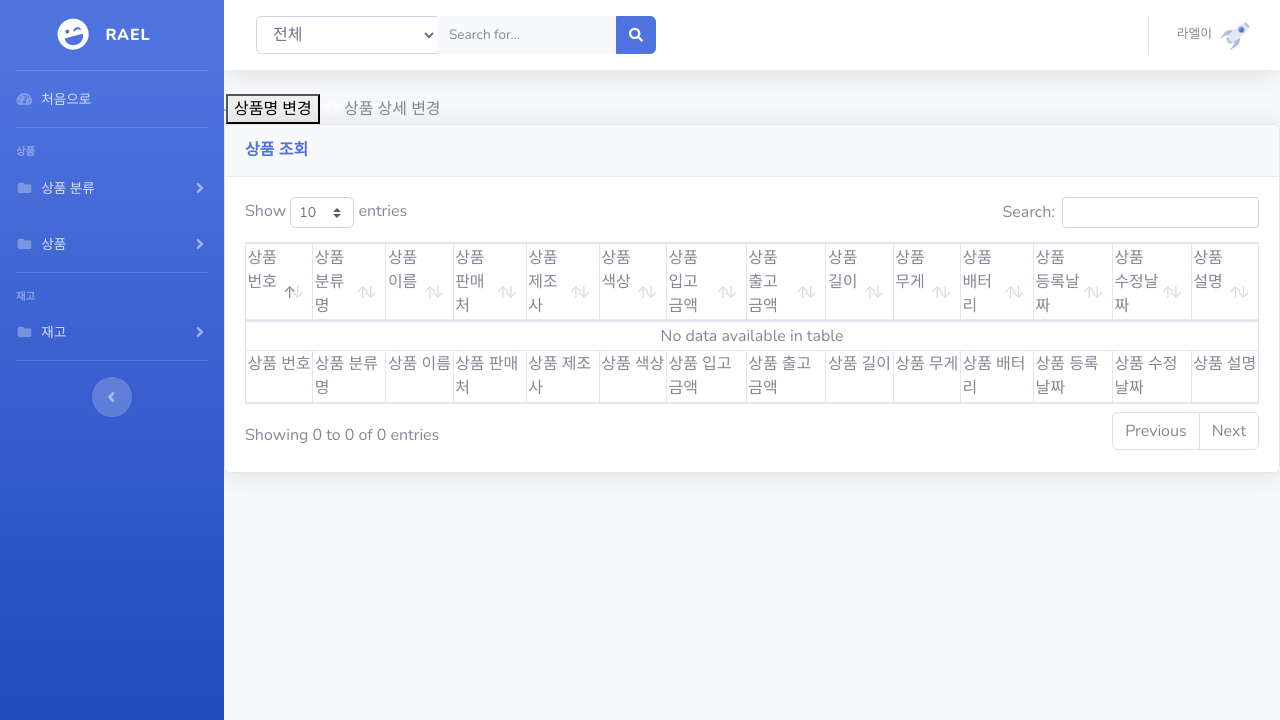
Repository: sww232/springRaelProject
Page: http://localhost/rael/WEB-INF/views/product/product_update_detail.jsp
An editor plug-in stored every save of this project. The page is shown before and after the next save, followed by the edit.
The browser window is 1280 px wide. The pictures show the whole page.
The page is served by Tomcat 9. Nobody is signed in. Other server files are loaded and not shown. The template is opened directly, without the code that normally fills it, so the values that code supplies are empty.

Above is the page before, as saved 2022-10-07 11:02:44.
Console error (its wording comes from the project's code and is left out).

### raelproject3/rael/src/main/webapp/WEB-INF/views/product/product_update_detail.jsp
<%@ page language="java" contentType="text/html; charset=UTF-8" pageEncoding="UTF-8"%>
<%@ taglib uri="http://java.sun.com/jsp/jstl/core" prefix="c" %>
<%@ taglib prefix="sql" uri="http://java.sun.com/jsp/jstl/sql" %>
<%@ taglib prefix="fmt" uri="http://java.sun.com/jsp/jstl/fmt" %>
<!DOCTYPE html>
<html>
<head>
		<meta http-equiv="X-UA-Compatible" content="IE=edge">
		<meta name="viewport" content="width=device-width, initial-scale=1, shrink-to-fit=no">
	    <meta name="description" content="">
	    <meta name="author" content="">
	    <meta charset="UTF-8">
			<title></title>

		<link href="/vendor/fontawesome-free/css/all.min.css" rel="stylesheet" type="text/css">
		<link href="/css/modal.css" rel="stylesheet" type="text/css">
	    <link
	        href="https://fonts.googleapis.com/css?family=Nunito:200,200i,300,300i,400,400i,600,600i,700,700i,800,800i,900,900i"
	        rel="stylesheet">

	    <!-- Custom styles for this template -->
	    <link href="/css/sb-admin-2.min.css" rel="stylesheet">
	    <!-- Custom styles for this page -->
	    <link href="/vendor/datatables/dataTables.bootstrap4.min.css" rel="stylesheet">

	    <script src="/vendor/jquery/jquery.min.js"></script>
	    <script src="/vendor/bootstrap/js/bootstrap.bundle.min.js"></script>

	    <!-- Core plugin JavaScript-->
	    <script src="/vendor/jquery-easing/jquery.easing.min.js"></script>

	    <!-- Custom scripts for all pages-->
	    <script src="/js/sb-admin-2.min.js"></script>

	    <!-- Page level plugins -->
	    <script src="/vendor/datatables/jquery.dataTables.min.js"></script>
	    <script src="/vendor/datatables/dataTables.bootstrap4.min.js"></script>

	    <!-- Page level custom scripts -->
	    <script src="/js/demo/datatables-demo.js"></script>


	</head>


	<body id="page-top">
		<div id="wrapper">
			<ul class="navbar-nav bg-gradient-primary sidebar sidebar-dark accordion" id="accordionSidebar">
            	<!-- Sidebar - Brand -->
	            <a class="sidebar-brand d-flex align-items-center justify-content-center" href="/">
	                <div class="sidebar-brand-icon rotate-n-15">
	                    <i class="fas fa-laugh-wink"></i>
	                </div>

	                <div class="sidebar-brand-text mx-3"> RAEL </div>
	            </a>

	            <!-- Divider -->
	            <hr class="sidebar-divider my-0">

	            <!-- Nav Item - Dashboard -->
	            <li class="nav-item">
	                <a class="nav-link" href="/">
	                    <i class="fas fa-fw fa-tachometer-alt"></i>
	                    <span>처음으로</span></a>
	            </li>

	            <!-- Divider -->
	            <hr class="sidebar-divider">

	            <!-- Heading -->
	            <div class="sidebar-heading">
	                상품
	            </div>

	            <!-- Nav Item - Pages Collapse Menu -->
	            <li class="nav-item">
	                <a class="nav-link collapsed" href="#" data-toggle="collapse" data-target="#collapseTwo"
	                    aria-expanded="true" aria-controls="collapseTwo">
	                    <i class="fas fa-fw fa-folder"></i>
	                    <span>상품 분류</span>
	                </a>
	                <div id="collapseTwo" class="collapse" aria-labelledby="headingTwo" data-parent="#accordionSidebar">
	                    <div class="bg-white py-2 collapse-inner rounded">
	                        <h6 class="collapse-header">상풍 분류 탭</h6>
	                        <a class="collapse-item" href="/product/category_select?page=1&recordSize=10&pageSize=10">상품 분류 조회</a>
	                        <a class="collapse-item" href="/product/category_insert?insertresult=0">상품 분류 등록</a>
	                        <a class="collapse-item" href="/product/category_update">상품 분류 수정</a>
	                    </div>
	                </div>
	            </li>

	            <!-- Nav Item - Utilities Collapse Menu -->
	            <li class="nav-item">
	                <a class="nav-link collapsed" href="#" data-toggle="collapse" data-target="#collapseUtilities"
	                    aria-expanded="true" aria-controls="collapseUtilities">
	                    <i class="fas fa-fw fa-folder"></i>
	                    <span>상품</span>
	                </a>
	                <div id="collapseUtilities" class="collapse" aria-labelledby="headingUtilities"
	                    data-parent="#accordionSidebar">
	                    <div class="bg-white py-2 collapse-inner rounded">
	                        <h6 class="collapse-header">상품 탭</h6>
	                        <a class="collapse-item" href="/product/all_select?page=1&recordSize=10&pageSize=10">상품 조회</a>
	                        <a class="collapse-item" href="/product/product_insert">상품 등록</a>
	                        <a class="collapse-item" href="/product/product_insert_detail">상품 추가 등록</a>
	                        <a class="collapse-item" href="/product/product_update">상품명/상세정보 수정</a>
	                    </div>
	                </div>
	            </li>

	            <!-- Divider -->
	            <hr class="sidebar-divider">

	            <!-- Heading -->
	            <div class="sidebar-heading">
	                재고
	            </div>

	            <!-- Nav Item - Pages Collapse Menu -->
	            <li class="nav-item">
	                <a class="nav-link collapsed" href="#" data-toggle="collapse" data-target="#collapsePages"
	                    aria-expanded="true" aria-controls="collapsePages">
	                    <i class="fas fa-fw fa-folder"></i>
	                    <span>재고</span>
	                </a>
	                <div id="collapsePages" class="collapse" aria-labelledby="headingPages" data-parent="#accordionSidebar">
	                    <div class="bg-white py-2 collapse-inner rounded">
	                        <h6 class="collapse-header">재고</h6>
	                        <a class="collapse-item" href="/stock/stock_select?page=1&recordSize=10&pageSize=10">재고 조회 및 입/출고</a>
	                        <div class="collapse-divider"></div>
	                        <h6 class="collapse-header">재고 입/출고</h6>
	                        <a class="collapse-item" href="/stock/stock_history?page=1&recordSize=10&pageSize=10">내역</a>
	                        <a class="collapse-item" href="/stock/stock_history_cancel?page=1&recordSize=10&pageSize=10">취소</a>
	                    </div>
	                </div>
	            </li>

	            <!-- Divider -->
	            <hr class="sidebar-divider d-none d-md-block">

	            <!-- Sidebar Toggler (Sidebar) -->
	            <div class="text-center d-none d-md-inline">
	                <button class="rounded-circle border-0" id="sidebarToggle"></button>
	            </div>

        	</ul>

       		<!-- End of Sidebar -->

	        <!-- Content Wrapper -->
	        <div id="content-wrapper" class="d-flex flex-column">

	            <!-- Main Content -->
	            <div id="content">

	                <!-- Topbar -->
	                <nav class="navbar navbar-expand navbar-light bg-white topbar mb-4 static-top shadow">

	                    <!-- Sidebar Toggle (Topbar) -->
	                    <form class="form-inline">
	                        <button id="sidebarToggleTop" class="btn btn-link d-md-none rounded-circle mr-3">
	                            <i class="fa fa-bars"></i>
	                        </button>
	                    </form>

	                    <!-- Topbar Search -->
	                    <form class="d-none d-sm-inline-block form-inline mr-auto ml-md-3 my-2 my-md-0 mw-100 navbar-search"
	                     id="searchForm" autocomplete="off" action="/product/all_select?page=1&recordSize=10&pageSize=10">

							<div class="input-group">
								<select id="searchType" name="searchType" class="form-control">
						           <option value="" selected>전체</option>
						           <option value="product_name">제품 이름</option>
						           <option value="product_company">회사명</option>
								</select>
								<input type="text" class="form-control bg-light border-0 small" placeholder="Search for..."
                                aria-label="Search" aria-describedby="basic-addon2" id="keyword" name="keyword">
                                <div class="input-group-append">
	                                <button class="btn btn-primary" type="submit">
	                                    <i class="fas fa-search fa-sm"></i>
	                                </button>
                            	</div>
					    	</div>
						</form>



	                    <!-- Topbar Navbar -->
	                    <ul class="navbar-nav ml-auto">

	                        <!-- Nav Item - Search Dropdown (Visible Only XS) -->
	                        <li class="nav-item dropdown no-arrow d-sm-none">
	                            <a class="nav-link dropdown-toggle" href="#" id="searchDropdown" role="button"
	                                data-toggle="dropdown" aria-haspopup="true" aria-expanded="false">
	                                <i class="fas fa-search fa-fw"></i>
	                            </a>
	                            <!-- Dropdown - Messages -->
	                            <div class="dropdown-menu dropdown-menu-right p-3 shadow animated--grow-in"
	                                aria-labelledby="searchDropdown">
	                                <form class="form-inline mr-auto w-100 navbar-search">
	                                    <div class="input-group">
	                                        <input type="text" class="form-control bg-light border-0 small"
	                                            placeholder="Search for..." aria-label="Search"
	                                            aria-describedby="basic-addon2">
	                                        <div class="input-group-append">
	                                            <button class="btn btn-primary" type="button">
	                                                <i class="fas fa-search fa-sm"></i>
	                                            </button>
	                                        </div>
	                                    </div>
	                                </form>
	                            </div>
	                        </li>

	                        <div class="topbar-divider d-none d-sm-block"></div>

	                        <!-- Nav Item - User Information -->
	                        <li class="nav-item dropdown no-arrow">
	                            <a class="nav-link dropdown-toggle" href="#" id="userDropdown" role="button"
	                                data-toggle="dropdown" aria-haspopup="true" aria-expanded="false">
	                                <span class="mr-2 d-none d-lg-inline text-gray-600 small">라엘이</span>
	                                <img class="img-profile rounded-circle"
	                                    src="/img/undraw_rocket.svg">
	                            </a>
	                            <!-- Dropdown - User Information -->
	                            <div class="dropdown-menu dropdown-menu-right shadow animated--grow-in"
	                                aria-labelledby="userDropdown">
	                                <div class="dropdown-divider"></div>
	                                <a class="dropdown-item" href="#" data-toggle="modal" data-target="#logoutModal">
	                                    <i class="fas fa-sign-out-alt fa-sm fa-fw mr-2 text-gray-400"></i>
	                                    Logout
	                                </a>
	                            </div>
	                        </li>
						</ul>
					</nav>
					<button class="btn btn-info btn-icon-split" onclick="location.href='product_update?categoryBox=${categoryBox}'">
					<button onclick="'">상품명 변경</button>
					    <span class="icon text-white-50">
					    	<i class="fas fa-info-circle"></i>
					    </span>
			    		<span class="text">상품 상세 변경</span>
			    	</button>
					<div class="card shadow mb-4">
					<div class="card-header py-3">
					    <h6 class="m-0 font-weight-bold text-primary">상품 조회</h6>
					</div>
					<div class="card-body">
						<div class="table-responsive">
							<div id="dataTable_wrapper" class="dataTables_wrapper dt-bootstrap4">
								<div class="row">
									<div class="col-sm-12">
										<form>
											<table class="table table-bordered" id="dataTable" width="100%" cellspacing="0">
												<thead>
													<tr>
														<td>상품 번호</td>
														<td>상품 분류명</td>
														<td>상품 이름</td>
														<td>상품 판매처</td>
														<td>상품 제조사</td>
														<td>상품 색상</td>
														<td>상품 입고 금액</td>
														<td>상품 출고 금액</td>
														<td>상품 길이</td>
														<td>상품 무게</td>
														<td>상품 배터리</td>
														<td>상품 등록날짜</td>
														<td>상품 수정날짜</td>
														<td>상품 설명</td>
													</tr>
												</thead>
												<tfoot>
													<tr>
														<td>상품 번호</td>
														<td>상품 분류명</td>
														<td>상품 이름</td>
														<td>상품 판매처</td>
														<td>상품 제조사</td>
														<td>상품 색상</td>
														<td>상품 입고 금액</td>
														<td>상품 출고 금액</td>
														<td>상품 길이</td>
														<td>상품 무게</td>
														<td>상품 배터리</td>
														<td>상품 등록날짜</td>
														<td>상품 수정날짜</td>
														<td>상품 설명</td>
													</tr>
												</tfoot>
												<tbody>
													<c:forEach items="${datas.list}" var="data">
														<tr>
															<td>
																<input type="submit" value="${data.PRODUCTNUM} / ${data.PRODUCTBYNUM}"
																formaction="product_update_detail/${data.PRODUCTNUM}/${data.PRODUCTBYNUM}">
															</td>
															<td>${data.PRODUCTCATEGORYNAME}</td>
															<td>${data.PRODUCTNAME}</td>
															<td>${data.PRODUCTVENDOR}
															<td>${data.PRODUCTCOMPANY}</td>
															<td>${data.PRODUCTCOLOR}</td>
															<td>${data.PRODUCTPRICEINBOUND}</td>
															<td>${data.PRODUCTPRICEOUTBOUND}</td>
															<td>${data.PRODUCTLENGTH}
															<td>${data.PRODUCTWEIGHT}
															<td>${data.PRODUCTVOLT}</td>
															<td>${data.APPENDDATE}</td>
															<td>${data.UPDATEDATE}</td>
															<td>${data.PRODUCTDESCRIPTION}</td>
														</tr>
													</c:forEach>
												</tbody>
											</table>

										</form>
				</div>          	</div>
	    	<!-- End of Topbar -->
	    	</div>
	    </div>

	<div class="container">




	<form>
		<input type="hidden" name="categoryBox" value="${categoryBox}" readonly>
		<table class="rwd-table">
				<thead>
					<tr>

					</tr>
				</thead>

				<tbody>

				</tbody>
			</table>
		</form>
	    <c:if test="${datas.pagination.totalPageCount < 1}">
	        <span>0</span>
	    </c:if>
	    <c:if test="${datas.pagination.existPrevPage eq true}">
	    	<span><a href='<c:url value="/product/product_update_detail?categoryBox=${categoryBox}&page=${datas.pagination.startPage-1}&recordSize=10&pageSize=10"/>'>이전</a></span>
	    </c:if>
	    <c:if test="${datas.pagination.totalPageCount > 0}">
	   		<c:forEach begin="${datas.pagination.startPage}" end="${datas.pagination.endPage}" var="num">
	   			<span><a href='<c:url value="/product/product_update_detail?categoryBox=${categoryBox}&page=${num}&recordSize=10&pageSize=10"/>'>${num}</a></span>
	   		</c:forEach>
	    </c:if>
	    <c:if test="${datas.pagination.existNextPage eq true}">
	        <span><a href='<c:url value="/product/product_update_detail?categoryBox=${categoryBox}&page=${datas.pagination.endPage+1}&recordSize=10&pageSize=10"/>'>다음</a></span>
	    </c:if>
	</div>
	<c:if test="${updateresult eq 1}">
			<script>
				alert("수정 완료!")
			</script>
	</c:if>
</body>
</html>

### raelproject3/rael/src/main/resources/static/css/modal.css
@charset "UTF-8";

.modal{
	position: fixed;
	top: 0;
	z-index: 1050;
	display: none;
	width: 100%;
	height: 100%;
	overflow: hidden;
	outline: 0;
}

.modal-dialog{
	position: relative;
	width: auto;
	margin: .5rem;
	pointer-events: none;
}

### raelproject3/rael/src/main/resources/static/img/undraw_rocket.svg
<?xml version="1.0" encoding="utf-8"?>
<!-- Generator: Adobe Illustrator 25.0.0, SVG Export Plug-In . SVG Version: 6.00 Build 0)  -->
<svg version="1.1" id="b759170a-51c3-4e2f-999d-77dec9fd6d11"
	 xmlns="http://www.w3.org/2000/svg" xmlns:xlink="http://www.w3.org/1999/xlink" x="0px" y="0px" viewBox="0 0 650.9 610.5"
	 style="enable-background:new 0 0 650.9 610.5;" xml:space="preserve">
<style type="text/css">
	.st0{fill:#AFC0E0;}
	.st1{opacity:0.2;fill:#FFFFFF;enable-background:new    ;}
	.st2{opacity:0.1;enable-background:new    ;}
	.st3{fill:#E3E8F4;}
	.st4{fill:#4E73DF;}
</style>
<path class="st0" d="M174,321c-2-1.6-4.2-3-6.6-4.2c-51.8-26.2-157,67.8-157,67.8L0,372.7c0,0,42.1-43.8,92.4-117.3
	c45.2-66.1,150.7-51.8,171.4-48.3c2.3,0.4,3.6,0.7,3.6,0.7C298.7,288.3,174,321,174,321z"/>
<path class="st1" d="M269.4,213.9c-0.6-2-1.3-4-2-6c0,0-1.2-0.2-3.6-0.7c-20.7-3.5-126.2-17.8-171.4,48.3C42.1,329,0,372.7,0,372.7
	l5.9,6.7c0,0,42.1-43.8,92.4-117.3C143.3,196.3,248,210.2,269.4,213.9z"/>
<path class="st0" d="M337.7,533.4c-79.2,40.8-127.8,77.1-127.8,77.1l-10.5-11.9c0,0,111.1-96.8,85.3-150.9c-0.5-1.2-1.2-2.3-1.9-3.4
	c0,0,47.9-119.6,123.9-78.5c0,0,0.1,1,0.2,2.9C407.8,387.8,409.7,496.3,337.7,533.4z"/>
<path class="st2" d="M174,321c-2-1.6-4.2-3-6.6-4.2c29.3-38.9,61.5-75.5,96.3-109.7c2.3,0.4,3.6,0.7,3.6,0.7
	C298.7,288.3,174,321,174,321z"/>
<path class="st2" d="M406.9,368.6c-38.6,29.6-79.4,56.1-122.3,79.1c-0.5-1.2-1.2-2.3-1.9-3.4c0,0,47.9-119.6,123.9-78.5
	C406.7,365.7,406.8,366.7,406.9,368.6z"/>
<path class="st3" d="M263.6,455.5c-20.3,10.4-41.6,20.5-64,30.2c-33.6,14.6-51.5-2.2-80.7-91.5c0,0,12.5-22.5,37.2-57
	c54.3-75.8,167.5-209.1,336.1-286.7C542.7,27.1,596.1,10.1,650.9,0c0,0-9.1,68.8-62,160.1S439.1,365.3,263.6,455.5z"/>
<circle class="st0" cx="435.6" cy="199.7" r="71.6"/>
<path class="st4" d="M469.2,237.9c-21,18.6-53.1,16.6-71.7-4.5c-7.8-8.8-12.2-20-12.7-31.8c-0.2-4.7,0.3-9.4,1.4-14
	c0.5-2,1.1-4.1,1.9-6c2.9-7.7,7.7-14.5,13.8-19.9c0.3-0.3,0.6-0.5,0.9-0.8c17.1-14.4,41.5-15.9,60.3-3.8c3.5,2.3,6.7,4.9,9.5,7.9
	l1,1.1C492.2,187.2,490.2,219.3,469.2,237.9C469.2,237.8,469.2,237.9,469.2,237.9z"/>
<path class="st0" d="M588.9,160.1c-83-35.2-96.8-109.6-96.8-109.6C542.7,27,596.1,10.1,650.9,0C650.9,0,641.8,68.8,588.9,160.1z"/>
<path class="st0" d="M263.6,455.5c-13.7,7.1-27.9,13.9-42.6,20.7c-7,3.2-14.1,6.4-21.4,9.5c-10.9,4.7-51.5-2.2-80.7-91.5
	c0,0,4.1-7.3,12.1-20c6.1-9.6,14.5-22.2,25.1-37c0,0,11,33.2,41.1,67.3C215.8,425.7,238.4,443,263.6,455.5z"/>
<path class="st3" d="M221,476.2c-7,3.2-14.1,6.4-21.4,9.5c-10.9,4.7-51.5-2.2-80.7-91.5c0,0,4.1-7.3,12.1-20
	C131,374.2,170.2,456.9,221,476.2z"/>
<path class="st1" d="M463.2,157l-0.1,0l-60.1,3.9c-0.3,0.3-0.6,0.5-0.9,0.8c-6.2,5.4-10.9,12.3-13.8,19.9l84.5-16.6L463.2,157z"/>
<path class="st1" d="M438.8,194.3l-53.9,7.3c-0.2-4.7,0.3-9.4,1.4-14l52.8,1.4L438.8,194.3z"/>
<path class="st1" d="M131.7,408.7c0,0,12.5-22.5,37.2-57C223.2,276,336.4,142.7,504.9,65c45.6-21.1,93.3-36.9,142.5-47.3
	C650.1,6.4,650.9,0,650.9,0c-54.8,10.1-108.2,27-158.7,50.5c-168.6,77.7-281.8,211-336.1,286.7c-24.7,34.4-37.2,57-37.2,57
	c11.5,35.3,26.6,57,40.5,70.3C149.4,451.4,139.7,433.3,131.7,408.7z"/>
</svg>

Loaded but not shown: raelproject3/rael/src/main/resources/static/css/sb-admin-2.min.css (library); raelproject3/rael/src/main/resources/static/js/sb-admin-2.min.js (common file); raelproject3/rael/src/main/resources/static/js/demo/datatables-demo.js (common file)

After the next save:
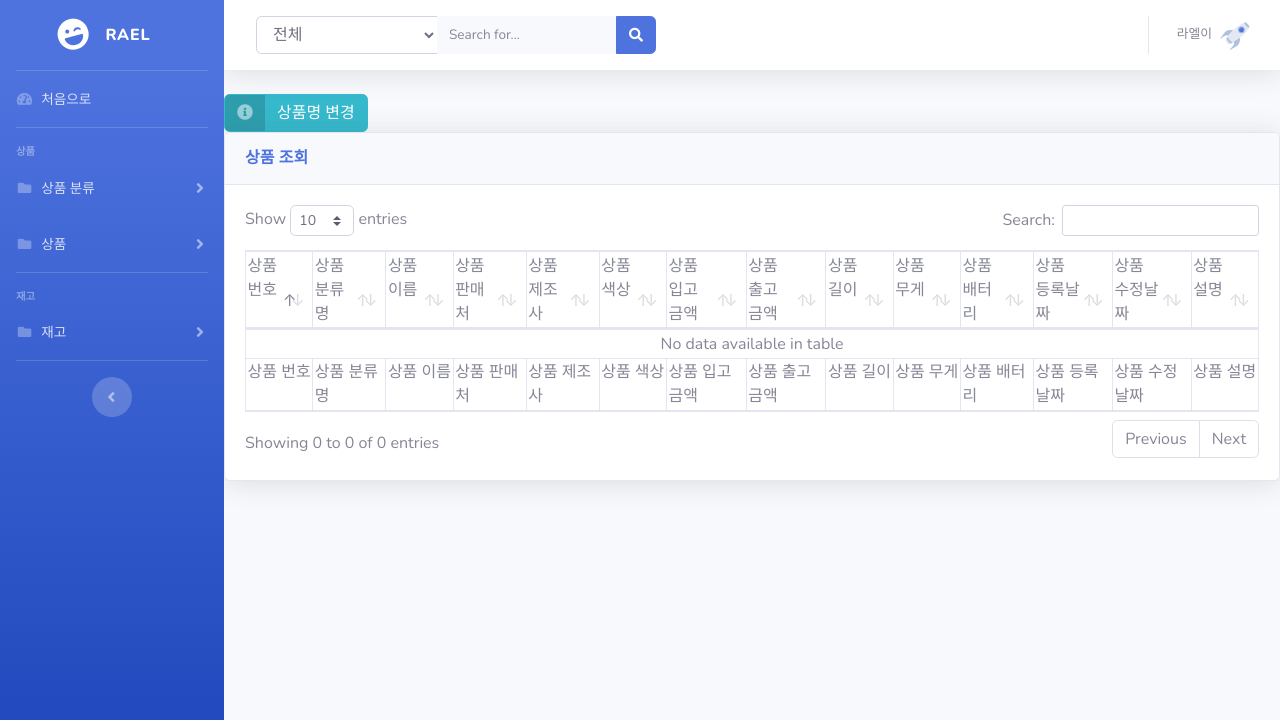
The error is gone.
Saved 13 s later.
--- a/raelproject3/rael/src/main/webapp/WEB-INF/views/product/product_update_detail.jsp
+++ b/raelproject3/rael/src/main/webapp/WEB-INF/views/product/product_update_detail.jsp
@@ -236,11 +236,10 @@
 						</ul>
 					</nav>
 					<button class="btn btn-info btn-icon-split" onclick="location.href='product_update?categoryBox=${categoryBox}'">
-					<button onclick="'">상품명 변경</button>
 					    <span class="icon text-white-50">
 					    	<i class="fas fa-info-circle"></i>
 					    </span>
-			    		<span class="text">상품 상세 변경</span>
+			    		<span class="text">상품명 변경</span>
 			    	</button>
 					<div class="card shadow mb-4">
 					<div class="card-header py-3">
